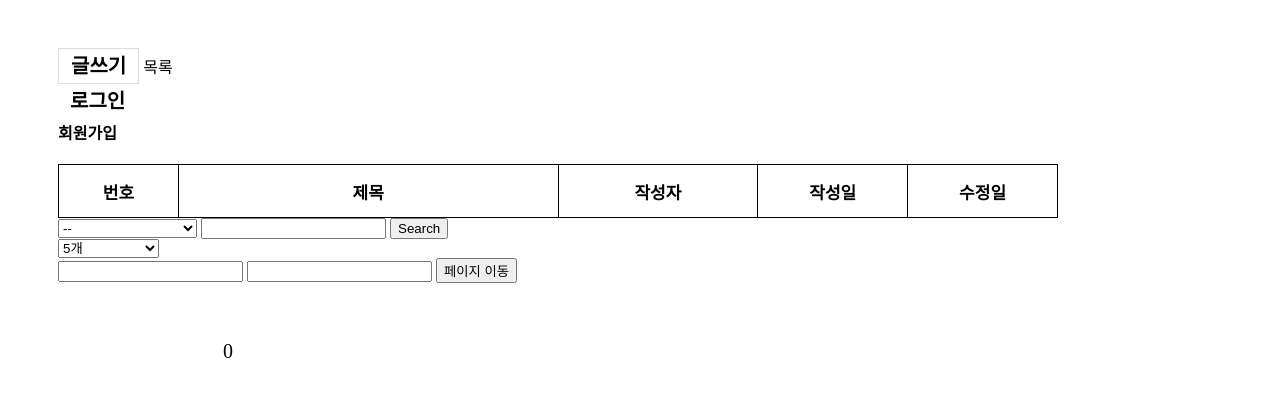
Repository: Shim-YoungDo/gaea-study
Page: http://localhost/study/WEB-INF/views/board/list.jsp
The author's editor kept a copy of each file at every save. The page is drawn from the files as they stood at one save, then again after a run of saves.
The browser window is 1280 px wide. The pictures show the whole page.
The page is served by Tomcat 9. Nobody is signed in. Other server files are loaded and not shown. The template is opened directly, without the code that normally fills it, so the values that code supplies are empty.

Above is the page before, as saved 2021-12-07 04:55:29.

### study/src/main/webapp/WEB-INF/views/board/list.jsp
<%@ page language="java" contentType="text/html; charset=UTF-8"
	pageEncoding="UTF-8"%>
<%@ taglib uri="http://java.sun.com/jsp/jstl/core" prefix="c"%>
<%@ taglib prefix="fmt" uri="http://java.sun.com/jsp/jstl/fmt"%>
<!DOCTYPE html>
<html>
<head>
<meta charset="UTF-8">
<title>Insert title here</title>
<link rel="stylesheet" href="/resources/css/board/list.css">
<script src="https://code.jquery.com/jquery-3.4.1.js"
	integrity="sha256-WpOohJOqMqqyKL9FccASB9O0KwACQJpFTUBLTYOVvVU="
	crossorigin="anonymous"></script>
</head>
<body>
	<div class="table_wrap">
		<a href="/board/registeView" class="enroll_btn">글쓰기</a>
		<a href="/board/list" class="list_btn">목록</a>
		<div class="login_area">
		<!-- 로그인 x -->
		<c:if test="${member==null}">
		<div class="login_button"><a href="/member/login">로그인</a></div>
		<span><a href="/member/join">회원가입</a></span>
		</c:if>

		<!-- 로그인 o -->
		<c:if test="${member != null}">
		<div class="login_success_area">
			<span>이름:${member.memberName}</span>
			<span>아이디:${member.memberID}</span>
			<a href="/member/logout">로그아웃</a>
		</div>
		</c:if>

		<table>
			<thead>
				<tr>
					<th class="bno_width">번호</th>
					<th class="title_width">제목</th>
					<th class="writer_width">작성자</th>
					<th class="regdate_width">작성일</th>
					<th class="updatedate_width">수정일</th>
				</tr>
			</thead>
			<c:forEach items="${list}" var="list">
				<tr>
					<td><c:out value="${list.boardNumber}" /></td>
					<td>
						<a class="move" href='<c:out value="${list.boardNumber}"/>'>
							<c:out value="${list.boardTitle}" />
						</a>
					</td>
					<td>
						<c:out value="${list.boardWriter}" />
					</td>
					<td>
						<fmt:formatDate pattern="yyyy/MM/dd"
							value="${list.boardRegistrationDate}" />
					</td>
					<td>
						<fmt:formatDate pattern="yyyy/MM/dd"
							value="${list.boardUpdateDate}" />
					</td>
				</tr>
			</c:forEach>
		</table>

		<div class="search_wrap">
			<div class="search_area">
				<select name="type">
                <option value="" <c:out value="${pageMake.cri.type == null?'selected':'' }"/>>--</option>
                <option value="T" <c:out value="${pageMake.cri.type eq 'T'?'selected':'' }"/>>제목</option>
                <option value="C" <c:out value="${pageMake.cri.type eq 'C'?'selected':'' }"/>>내용</option>
                <option value="W" <c:out value="${pageMake.cri.type eq 'W'?'selected':'' }"/>>작성자</option>
                <option value="TC" <c:out value="${pageMake.cri.type eq 'TC'?'selected':'' }"/>>제목 + 내용</option>
                <option value="TW" <c:out value="${pageMake.cri.type eq 'TW'?'selected':'' }"/>>제목 + 작성자</option>
                <option value="TCW" <c:out value="${pageMake.cri.type eq 'TCW'?'selected':'' }"/>>제목 + 내용 + 작성자</option>
            </select>
				<input type="text" name="keyword" value="${pageMake.cri.keyword}">
				<button>Search</button>
			</div>
		</div>

		<div class="amount_wrap">
			<div class="amount_area">

					<select name="amount" onchange="selectBoxChange(this.value);">
						<option value="" disabled >=== 선택 ===</option>
						<option value=5 <c:out value="${pageMake.cri.amount == 5?'selected':''}"/>>5개</option>
    					<option value=10 <c:out value="${pageMake.cri.amount == 10?'selected':''}"/>>10개</option>
    					<option value=20 <c:out value="${pageMake.cri.amount == 20?'selected':''}"/>>20개</option>
    					<option value=25 <c:out value="${pageMake.cri.amount == 25?'selected':''}"/>>25개</option>

					</select>

			</div>
		</div>


		<div class="page_select_wrap">
			<div class="page_select_area">
				<input type = "text" pattern="\d" name="pageSelect"value='<c:out value="${pageMake.cri.pageNum}"/>'>
				<input name = "totalPage" readonly="readonly" value = '<c:out value="${pageMake.realEnd}"/>'>
				<button>페이지 이동</button>
			</div>
		</div>

		<div class="pageInfo_wrap">
			<div class="pageInfo_area">
				<ul id="pageInfo" class="pageInfo">

					<!-- 이전페이지 버튼 -->
					<c:if test="${pageMake.prev}">
						<li class="pageInfo_btn previous"><a href="${pageMake.startPage-1}">이전</a></li>
					</c:if>

					<!-- 각 번호 페이지 버튼 -->
					<c:forEach var="num" begin="${pageMake.startPage}" end="${pageMake.endPage}">
						<li class="pageInfo_btn ${pageMake.cri.pageNum == num ? "active":"" }"><a href="${num}">${num}</a></li>
					</c:forEach>

					<!--
					<form id="pageForm" method="post">
					<select name="amount" id="amount" onchange="selectBoxChange(this.value);">
						<option value="none">=== 선택 ===</option>
						<option value="5">5개</option>
    					<option value="10">10개</option>
    					<option value="20">20개</option>
					</select>
					</form>
					-->

					<!-- 다음페이지 버튼 -->
					<c:if test="${pageMake.next}">
						<li class="pageInfo_btn next"><a href="${pageMake.endPage+1}">다음</a></li>
					</c:if>
				</ul>
			</div>
		</div>

		<form id="moveForm" method="get">
			<input type="hidden" name="pageNum" value="${pageMake.cri.pageNum}">
			<input type="hidden" name="amount" value="${pageMake.cri.amount}">
			<input type="hidden" name="keyword" value="${pageMake.cri.keyword}">
			<input type="hidden" name="type" value="${pageMake.cri.type}">

		</form>
	</div>
</div>

	<script>
		let moveForm = $("#moveForm");
		let pageForm = $("#pageForm");

		$(".move").on("click", function(e) {
			e.preventDefault();
			moveForm.append("<input type='hidden' name='boardNumber' value='"
					+ $(this).attr("href") + "'>"); //<form>내부 boardNumber값을 저장하는 <input>태그 생성
			moveForm.attr("action", "/board/getPage");
			moveForm.submit();
				});

		$(".pageInfo a").on("click", function(e){
			e.preventDefault();
			moveForm.find("input[name='pageNum']").val($(this).attr("href")); //<form>내부 pageNum과 관련된 <input>태그의 value 속성값에 클릭한<a>태그 페이지 번호 삽입
			moveForm.attr("action", "/board/list");
			moveForm.submit();
		});

		/*
		var selectBoxChange = function(value){
			console.log("결과:" +value);
			$.ajax({
				type:"post",
				url:"/board/pageAmount",
				data: "pageAmount=" +value,
				success : function(data){
					alert("성공", +data);
					console.log(data);
				}
			});
		}*/

		/*
		$("#pageForm").change(function(){
			var pageAmount = value;

			$.ajax({
				type:"post",
				url:"/board/pageAmount",
				data: "pageAmount=" +pageAmount,
				success : function(data){
					alert("성공", +data);
					console.log(data);
				}
			});

		});*/


		//검색기능
		$(".search_area button").on("click", function(e){
			e.preventDefault();

			let type = $(".search_area select").val();
			let keyword = $(".search_area input[name='keyword']").val();

			if(!type){
				alert("검색 종류를 선택하세요");
				return false;
			}
			if(!keyword){
				alert("키워드를 입력하세요");
				return false;
			}

			//let val = $("input[name='keyword']").val();
			moveForm.find("input[name='type']").val(type);
			moveForm.find("input[name='keyword']").val(keyword);
			moveForm.find("input[name='pageNum']").val(1);
			moveForm.submit();
		});

		/*
		$("#pageForm").change(function(){
			var pageAmount = value;
			let amount = $(".amount_area select").val();

			pageForm.find("input[name]='amount'").val(amount);
			pageForm.submit();
		});*/

		//화면에 출력될 총 게시글 수 선택
		var selectBoxChange = function(value){

			let amount = $(".amount_area select").val();

			//pageForm.find("input[name]='amount'").val(amount);
			//pageForm.submit();
			moveForm.find("input[name='amount']").val(amount);
			moveForm.find("input[name='pageNum']").val(1);
			moveForm.submit();

			console.log("결과:" +value);
			//alert("성공", +data);
		}

		//선택 페이지 이동
		$(".page_select_area button").on("click",function(){

			let pageNum = $(".page_select_area [name='pageSelect']").val();

			moveForm.find("input[name='pageNum']").val(pageNum);
			moveForm.attr("action", "/board/list");
			moveForm.submit();
		});




		/*
		$(".page_count_area button").on("click"function(){
			let pageCount = $(".page_count_area [name='pageCount']").val();
			moveForm.find("input[name='pageCount']").val(pageCount);
			moveForm.attr("action", "/board/list");
			moveForm.submit();
		});
		*/
	</script>

</body>
</html>

### study/src/main/webapp/resources/css/board/list.css
@charset "UTF-8";
a{
  	text-decoration : none;
  }
  table{
 	border-collapse: collapse;
 	width: 1000px;
 	margin-top : 20px;
 	text-align: center;
  }
  td, th{
  	border : 1px solid black;
  	height: 50px;
  }
  th{
  	font-size : 17px;
  }
  thead{
  	font-weight: 700;
  }
  .table_wrap{
  	margin : 50px 0 0 50px;
  }
  .bno_width{
  	width: 12%;
  }
  .writer_width{
  	width: 20%;
  }
  .regdate_width{
  	width: 15%;
  }
  .updatedate_width{
  	width: 15%;
  }
  .enroll_btn{
  	font-size: 20px;
    padding: 6px 12px;
    background-color: #fff;
    border: 1px solid #ddd;
    font-weight: 600;
  }

  .pageInfo{
      list-style : none;
      display: inline-block;
    margin: 50px 0 0 100px;
  }
  .pageInfo li{
      float: left;
    font-size: 20px;
    margin-left: 18px;
    padding: 7px;
    font-weight: 500;
  }
  .login_button{
  	font-size: 20px;
    padding: 6px 12px;
    background-color: #fff;
    font-weight: 600;
    float:middle;
  }
  .login_area>span{
	margin-top:10ox;
	font-weight:900;
	display:inline-block;
}


 a:link {color:black; text-decoration: none;}
 a:visited {color:black; text-decoration: none;}
 a:hover {color:blue; text-decoration: underline;}
 .active{
 	text-decoration:underline;
 }

After the next 2 saves:
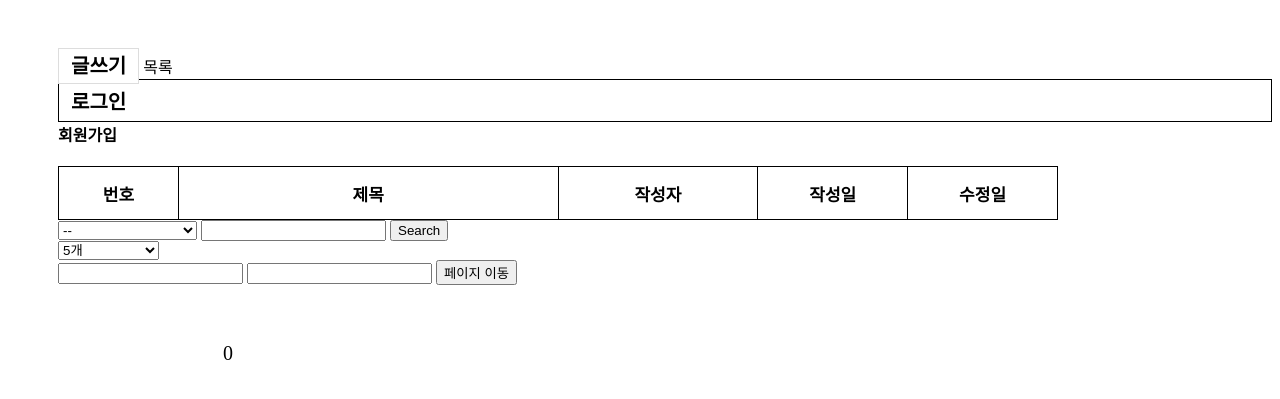
The 2 saves are shown as one change because they came seconds apart.
The last was saved 8 s later.
--- a/study/src/main/webapp/resources/css/board/list.css
+++ b/study/src/main/webapp/resources/css/board/list.css
@@ -57,6 +57,7 @@ a{
   	font-size: 20px;
     padding: 6px 12px;
     background-color: #fff;
+    border: 1px solid;
     font-weight: 600;
     float:middle;
   }
